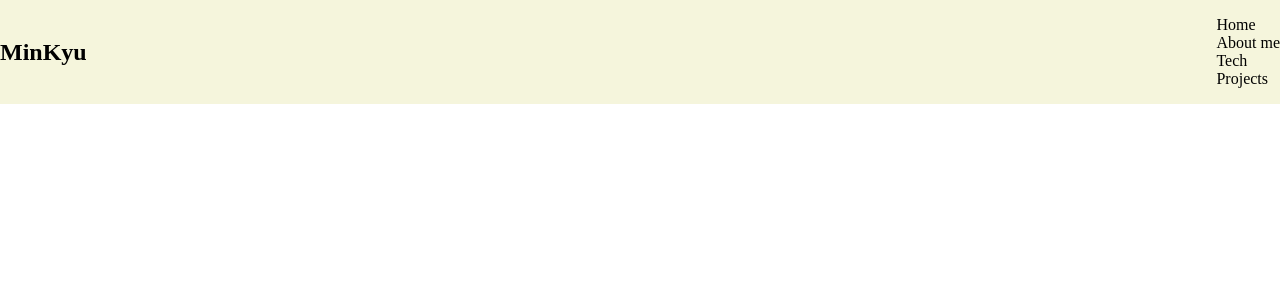
Repository: alsrb0504/portfolio-blog
Page: /
These files come from the project's save history. The page is drawn as it stood at one moment and after the next save; the edit follows.
The browser window is 1280 px wide. The pictures show the whole page.
The project was rebuilt for these pictures with package versions that can differ from the ones it lists, and the page was loaded fresh each time. Also part of the build but not shown: src/app.module.css.

Above is the page before, as saved 2021-07-12 15:45:15.

### src/index.css
* {
  box-sizing: border-box;
  border: 0;
  margin: 0;
}

### src/app.jsx
import './app.module.css';
import Header from './components/header/header';

function App() {
  return (
    <>
      <Header />
    </>
  );
}

export default App;

### src/components/header/header.jsx
import React from 'react';
import styles from './header.module.css';

const Header = (props) => {


  return(
    <header className={styles.header}>
      <h2 className={styles.title}>MinKyu</h2>
      <ul className={styles.menus}>
        <li className={styles.menu}><span>Home</span></li>
        <li className={styles.menu}><span>About me</span></li>
        <li className={styles.menu}><span>Tech</span></li>
        <li className={styles.menu}><span>Projects</span></li>
      </ul>
    </header>
  )
}

export default Header;

### src/components/header/header.module.css
.header {
  background-color: beige;
  width: 100%;
  padding: 1rem 0;
  display: flex;
  justify-content: space-between;
  align-items: center;
}

.title {
  /* margin: 0;
}

.menus {
  /* margin: 0; */
  /* padding: 0; */
  display: flex;
}

.menu {
  list-style: none;
}

Loaded but not shown: public/index.html (common file); src/index.js (common file); src/reportWebVitals.js (common file)

After the next save:
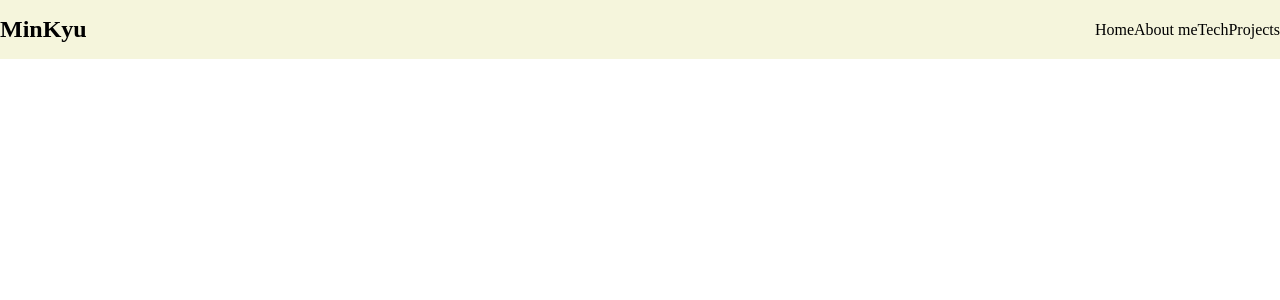
Saved 4 s later.
--- a/src/components/header/header.module.css
+++ b/src/components/header/header.module.css
@@ -8,7 +8,7 @@
 }
 
 .title {
-  /* margin: 0;
+  /* margin: 0; */
 }
 
 .menus {
